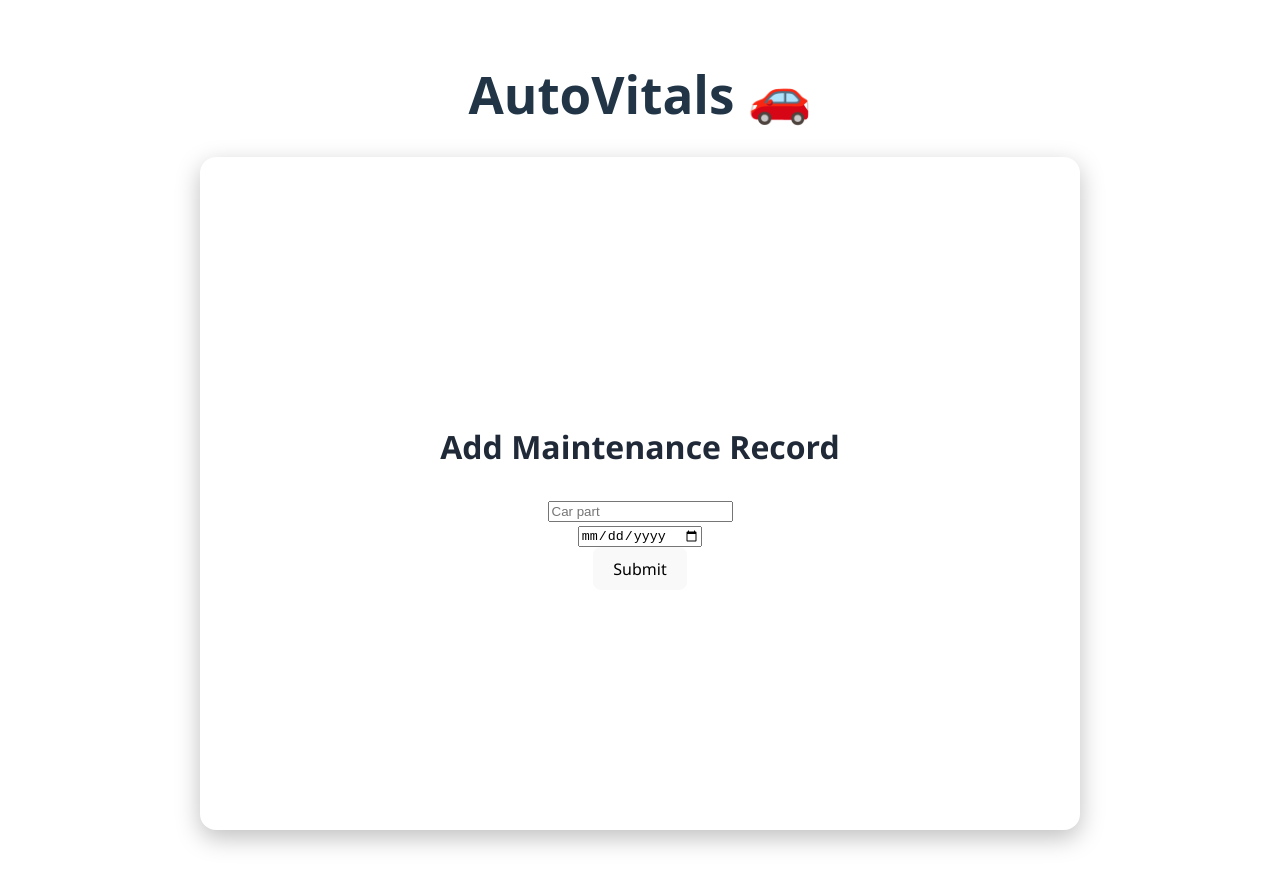
Repository: YoussefAzmires/wevdebautovitals
Page: / (app in frontend/)
The author's editor kept a copy of each file at every save. The page is drawn from the files as they stood at one save, then again after the next save.
The browser window is 1280 px wide. The pictures show the whole page.
The project was rebuilt for these pictures with package versions that can differ from the ones it lists, and the page was loaded fresh each time. Also part of the build but not shown: frontend/vite.config.ts.

Above is the page before, as saved 2025-04-13 15:50:12.

### frontend/src/App.tsx
import './App.css'
import AddMaintenanceRecordsForm from "./components/AddMaintenanceRecordsForm/AddMaintenanceRecordsForm";
function App() {
  return (
    <div>
      <h1>AutoVitals 🚗</h1>
      <AddMaintenanceRecordsForm />
    </div>
  );
}


export default App

### frontend/src/components/AddMaintenanceRecordsForm/AddMaintenanceRecordsForm.tsx
import { JSX } from 'react';
import './AddMaintenanceRecordsForm.css'



export default function AddMaintenanceRecordsForm() : JSX.Element {
    return (
      <form>
        <h2>Add Maintenance Record</h2>
        <input type="text" placeholder="Car part" />
        <br />
        <input type="date" />
        <br />
        <button type="submit">Submit</button>
      </form>
    );
  }

### frontend/src/components/AddMaintenanceRecordsForm/AddMaintenanceRecordsForm.css
form{
  background-color: white;
  padding: 15em;
  border-radius: 16px;
  box-shadow: 0 8px 24px rgba(0, 0, 0, 0.25);
  max-width: 500px;
  margin: 2rem auto;
  font-family: 'Segoe UI',sans-serif;
}
form h2{
  font-size: 2em;
     color: #1f2937;
  ;
}

Loaded but not shown: frontend/index.html (common file); frontend/src/main.tsx (common file); frontend/src/index.css (common file); frontend/src/App.css (common file)

After the next save:
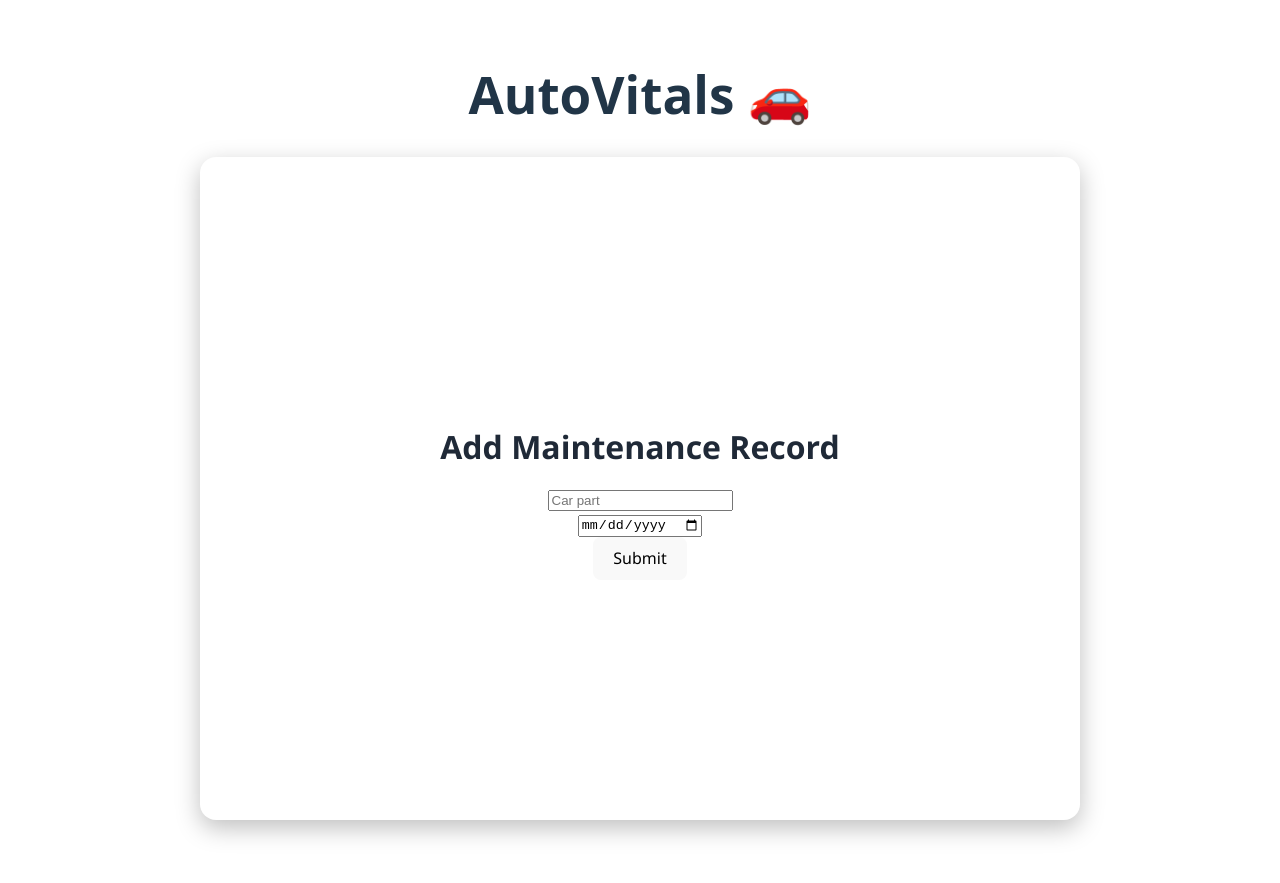
Saved 10 s later.
--- a/frontend/src/components/AddMaintenanceRecordsForm/AddMaintenanceRecordsForm.css
+++ b/frontend/src/components/AddMaintenanceRecordsForm/AddMaintenanceRecordsForm.css
@@ -9,6 +9,7 @@ form{
 }
 form h2{
   font-size: 2em;
-     color: #1f2937;
-  ;
+  color: #1f2937;
+  margin-bottom: 1rem;
+
 }
